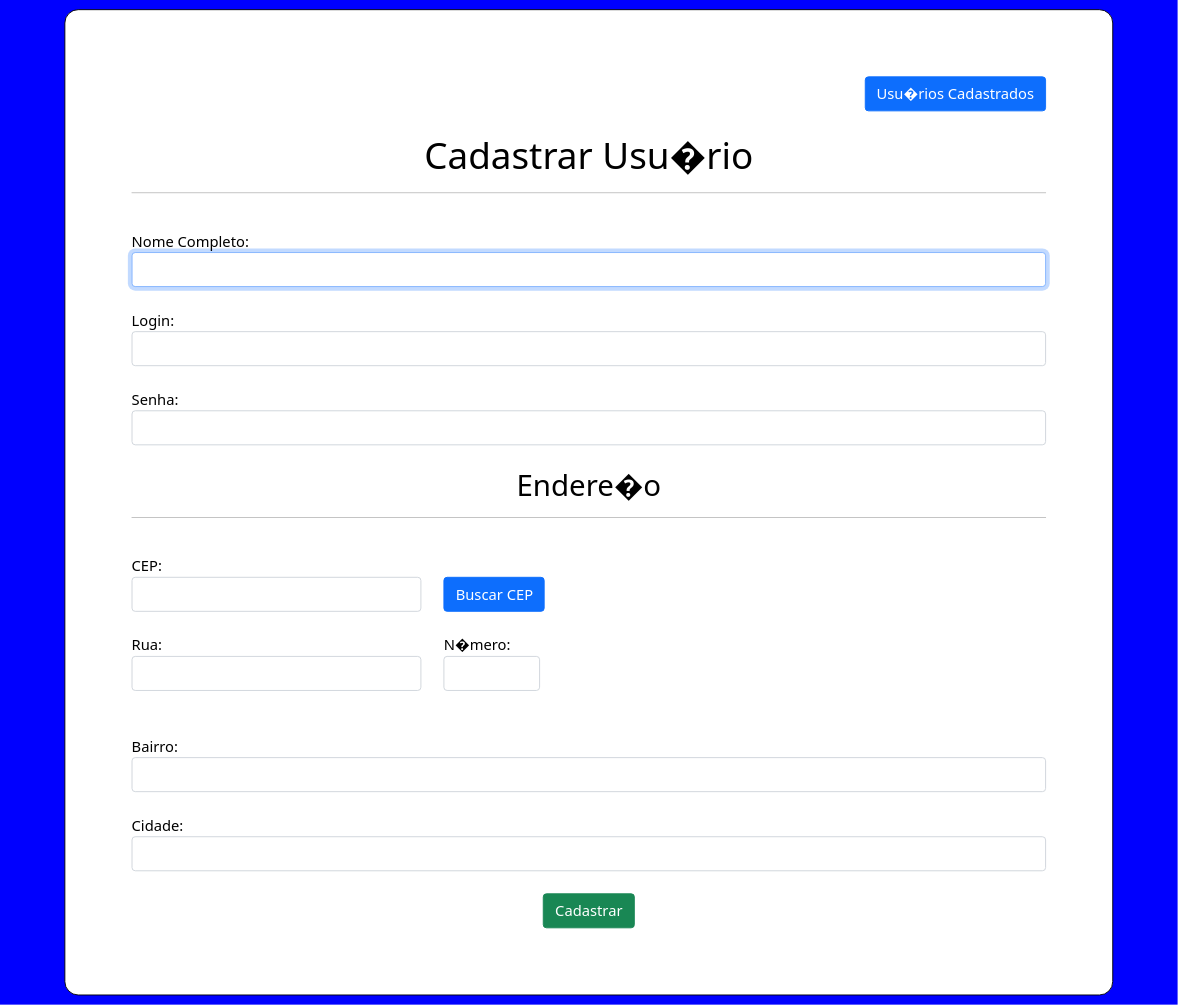
Repository: Magicianred/spring-mvc
Page: http://localhost/index
These files come from the project's save history. The page is drawn as it stood at one moment and after the next save; the edit follows.
The browser window is 1280 px wide. The pictures show the whole page, at 92% of full size.
The page is this project's Thymeleaf template; nobody is signed in. The template is opened directly, without the code that normally fills it, so the values that code supplies are empty.

Above is the page before, as saved 2021-01-13 02:42:41.

After the next save:
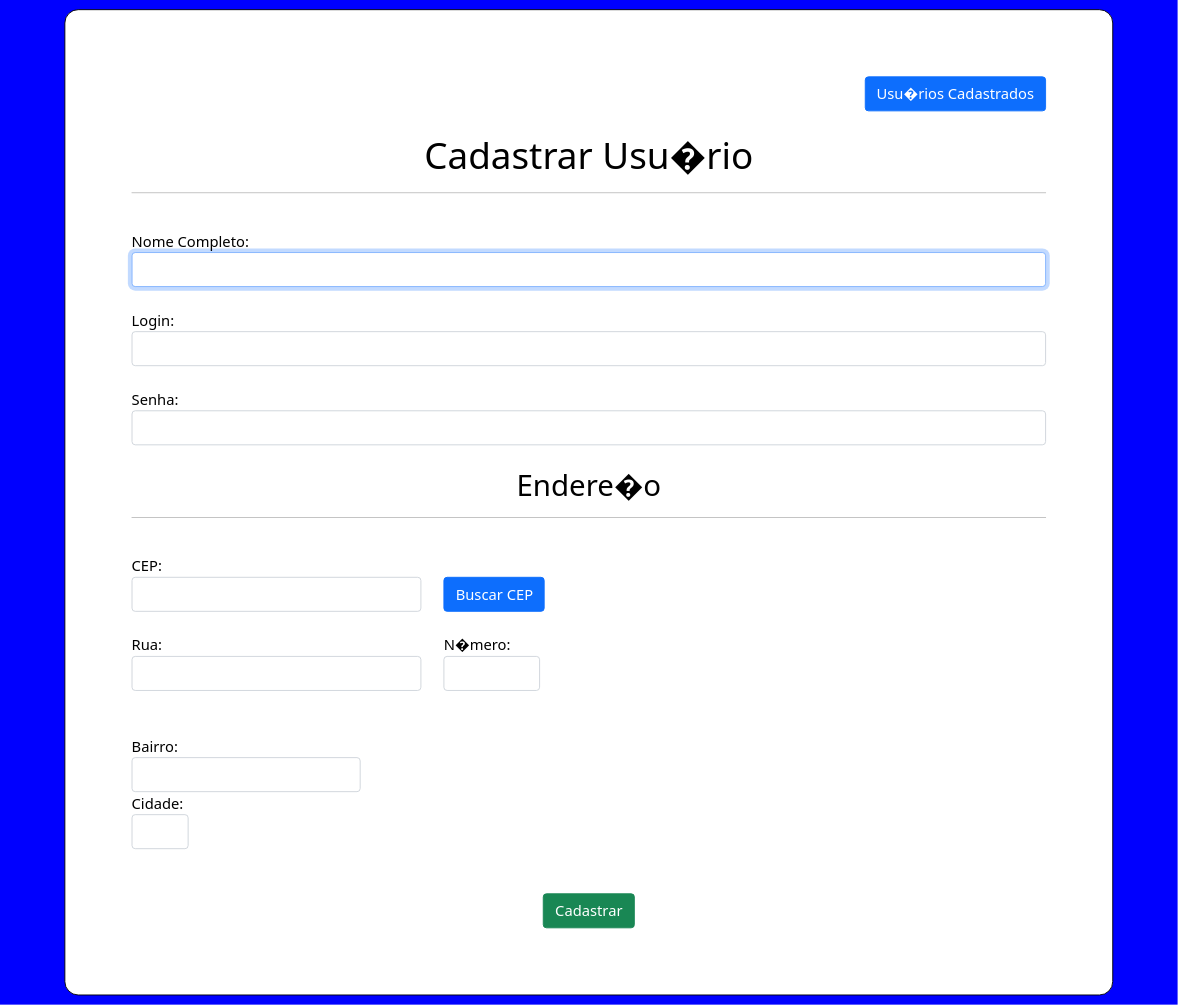
Saved 115 s later.
--- a/springmvc/src/main/resources/templates/index.html
+++ b/springmvc/src/main/resources/templates/index.html
@@ -62,15 +62,16 @@ xmlns:layout="http://www.ultraq.net.nz/thymeleaf/layout">
 		<br />
 
 		<div class="form-group">
-			<label>Bairro:</label> <br />
-			<input class="form-control" type="text" name="bairro" id="bairro" />
+			<div class="col-md-3">
+				<label>Bairro:</label> <br />
+				<input class="form-control" type="text" name="bairro" id="bairro" />
+			<div class="col-md-3">
+				<label>Cidade:</label> <br />
+				<input class="form-control" type="text" name="cidade" id="cidade" />
+			</div>
 		</div>
 		<br />
 
-		<div class="form-group">
-			<label>Cidade:</label> <br />
-			<input class="form-control" type="text" name="cidade" id="cidade" />
-		</div>
 		<br />
 
 		<div align="center">
